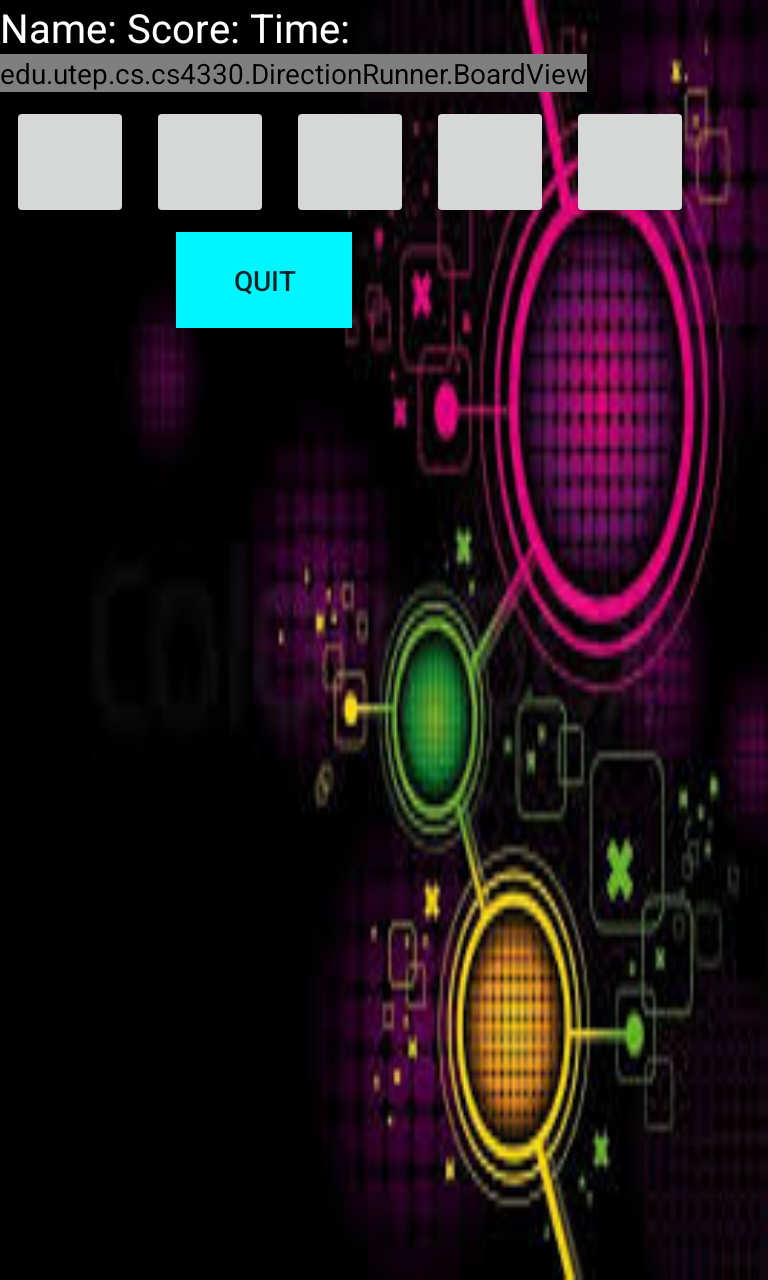
Repository: RedJaVa68/DirectionRunner
Layout: DirectionRunner/res/layout/game_activity.xml
These files come from the project's save history. The layout is drawn as it stood at one moment and after the next save; the edit follows.
Pictures or frames that could not be fetched are drawn as grey boxes. It is drawn on a 768 x 1280 px phone screen (xhdpi) without system bars, with theme AppTheme; the app's code is not run.

Above is the layout before, as saved 2015-05-07 00:43:46.

### DirectionRunner/res/layout/game_activity.xml
<?xml version="1.0" encoding="utf-8"?>
<ScrollView
    android:layout_width="match_parent"
    android:layout_height="match_parent"
    android:fillViewport="true"
    xmlns:android="http://schemas.android.com/apk/res/android">
<LinearLayout
    android:layout_width="fill_parent"
    android:layout_height="wrap_content"
    android:orientation="vertical"
    android:weightSum="3"
    android:background="@drawable/bg">
    <LinearLayout
        android:layout_width="wrap_content"
        android:layout_height="wrap_content"
        android:orientation="horizontal">
        <TextView
            android:id="@+id/nameText"
            android:layout_width="wrap_content"
            android:layout_height="wrap_content"
            android:text="Name: "
            android:textSize="20sp"
            android:textColor="#ffffff"/>"
        <TextView
            android:id="@+id/scoreText"
            android:layout_width="wrap_content"
            android:layout_height="wrap_content"
            android:text="Score: "
            android:textSize="20sp"
            android:textColor="#ffffff"/>
        <TextView
            android:id="@+id/clock"
            android:layout_width="wrap_content"
            android:layout_height="wrap_content"
            android:text="Time: "
            android:textSize="20sp"
            android:textColor="#ffffff"/>

    </LinearLayout>
    <edu.utep.cs.cs4330.DirectionRunner.BoardView
        android:id="@+id/boardView"
        android:layout_width="wrap_content"
        android:layout_height="wrap_content"/>
    <LinearLayout
        android:layout_width="wrap_content"
        android:layout_height="wrap_content"
        android:orientation="horizontal">
        <Button
        	android:id="@+id/button1"
        	android:layout_width="60dp"
        	android:layout_height="60dp"
        	android:layout_margin="5dp"
        	android:onClick="button1"/>
        <Button
            android:id="@+id/button2"
            android:layout_width="60dp"
            android:layout_height="60dp"
            android:layout_margin="5dp"
            android:onClick="button2"/>
        <Button
        	android:id="@+id/button3"
        	android:layout_width="60dp"
        	android:layout_height="60dp"
        	android:layout_margin="5dp"
        	android:onClick="button3"/>
        <Button
            android:id="@+id/button4"
            android:layout_width="60dp"
            android:layout_height="60dp"
            android:layout_margin="5dp"
            android:onClick="button4"/>
        <Button
        	android:id="@+id/button5"
        	android:layout_width="60dp"
        	android:layout_height="60dp"
        	android:layout_margin="5dp"
        	android:onClick="button5"/>
    </LinearLayout>
    <LinearLayout
        android:layout_width="wrap_content"
        android:layout_height="wrap_content"
        android:orientation="horizontal">
        <Button
            android:id="@+id/reset"
            android:layout_width="fill_parent"
            android:layout_width="wrap_content"
            android:text="Start Over"
            android:background="#00F5FF"
            android:onClick="reset"/>
    	<Button
        	android:id="@+id/quit"
        	android:layout_width="fill_parent"
        	android:layout_height="wrap_content"
        	android:text="Quit"
        	android:background="#00F5FF"
       	    android:onClick="quit"/>


    </LinearLayout>

</LinearLayout>
</ScrollView>

Loaded but not shown: DirectionRunner/res/values/styles.xml (common file); DirectionRunner/res/values-v11/styles.xml (common file); DirectionRunner/res/values-v14/styles.xml (common file)

After the next save:
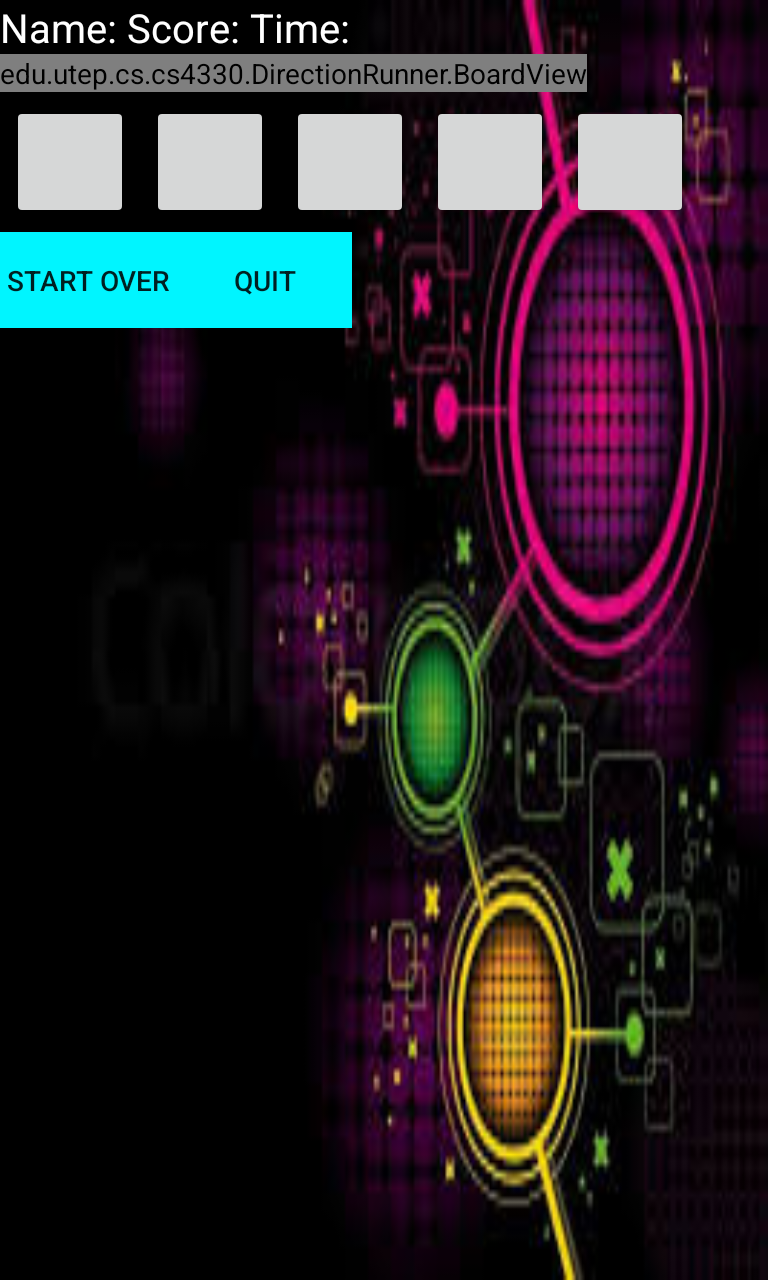
Saved 21 s later.
--- a/DirectionRunner/res/layout/game_activity.xml
+++ b/DirectionRunner/res/layout/game_activity.xml
@@ -83,7 +83,7 @@
         <Button
             android:id="@+id/reset"
             android:layout_width="fill_parent"
-            android:layout_width="wrap_content"
+            android:layout_height="wrap_content"
             android:text="Start Over"
             android:background="#00F5FF"
             android:onClick="reset"/>
